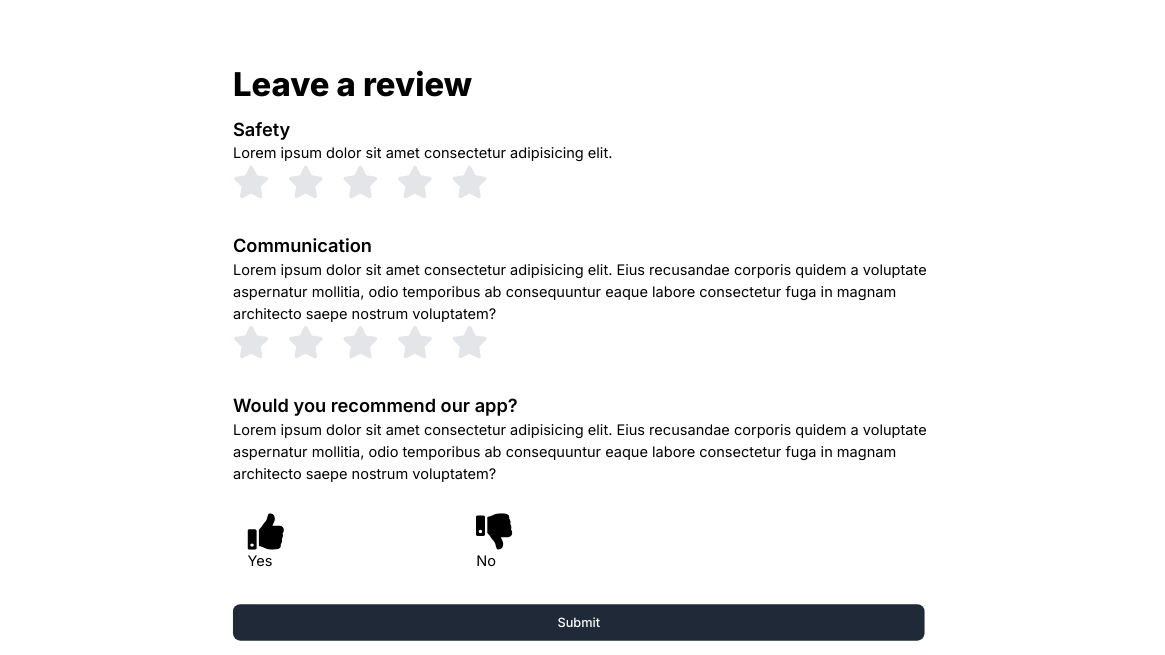
Repository: akankshaajoshi/review-form
Page: /review
The author's editor kept a copy of each file at every save. The page is drawn from the files as they stood at one save, then again after the next save.
The browser window is 1280 px wide. The pictures show the whole page, at 91% of full size.
The project was rebuilt for these pictures with package versions that can differ from the ones it lists, and the page was loaded fresh each time. The framework's server and built-in components were replaced by stand-ins that run in the browser. Also part of the build but not shown: next.config.mjs.

Above is the page before, as saved 2024-05-25 13:53:21.

After the next save:
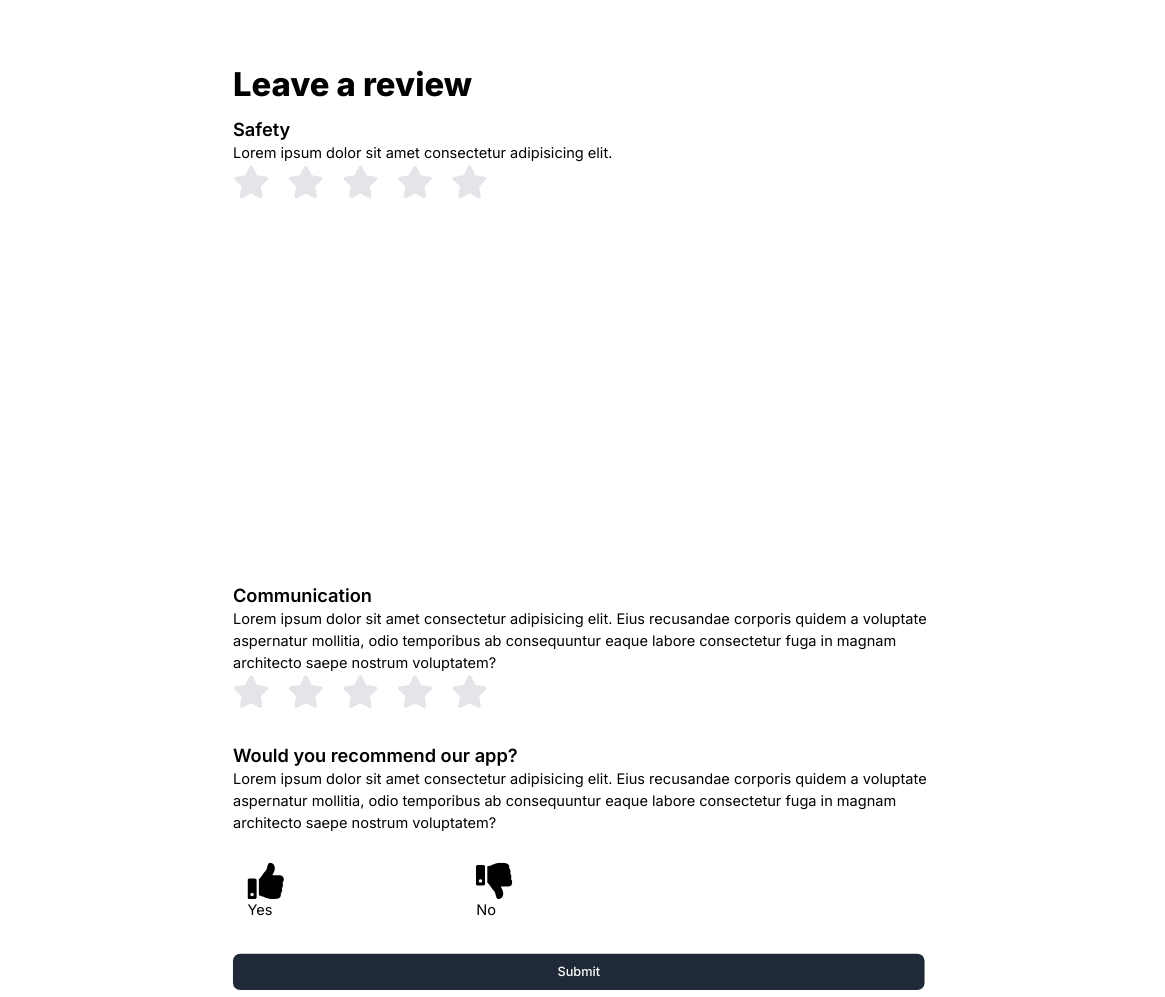
Saved 19 s later.
--- a/app/(routes)/review/page.tsx
+++ b/app/(routes)/review/page.tsx
@@ -29,7 +29,7 @@
             {state?.type === "success" && <p className="text-lg p-2 text-white rounded-md bg-green-500">{state?.message}</p>}
             {state?.type === "error" && <p className="text-lg p-2 text-white rounded-md bg-red-500">{state?.message}</p>}
             <form action={formAction} className="flex flex-col lg:gap-y-[20px] sm:gap-y-[30px]">
-                <fieldset className="lg:pb-4 sm:pb-[40px]">
+                <fieldset className="pb-[400px]">
                     <label htmlFor="safety" className="text-xl font-semibold">Safety</label>
                     <p>Lorem ipsum dolor sit amet consectetur adipisicing elit. </p>
                     <StarRating name="safety"/>

After the save that followed:
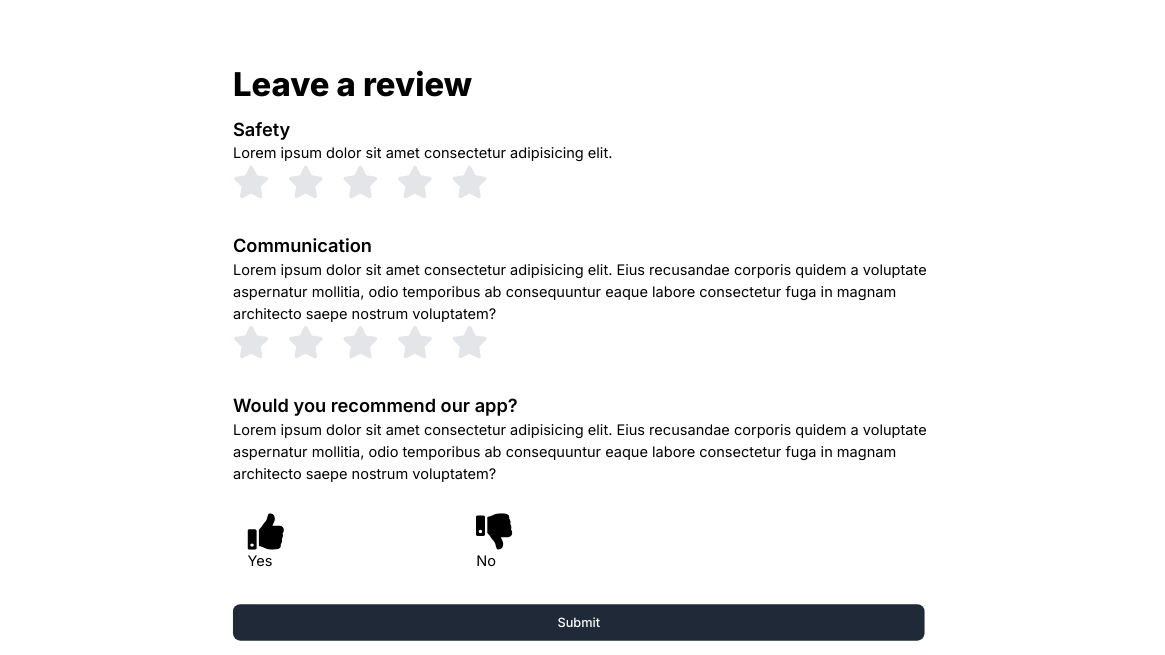
Saved 9 s later.
--- a/app/(routes)/review/page.tsx
+++ b/app/(routes)/review/page.tsx
@@ -29,7 +29,7 @@
             {state?.type === "success" && <p className="text-lg p-2 text-white rounded-md bg-green-500">{state?.message}</p>}
             {state?.type === "error" && <p className="text-lg p-2 text-white rounded-md bg-red-500">{state?.message}</p>}
             <form action={formAction} className="flex flex-col lg:gap-y-[20px] sm:gap-y-[30px]">
-                <fieldset className="pb-[400px]">
+                <fieldset className="pb-4">
                     <label htmlFor="safety" className="text-xl font-semibold">Safety</label>
                     <p>Lorem ipsum dolor sit amet consectetur adipisicing elit. </p>
                     <StarRating name="safety"/>
